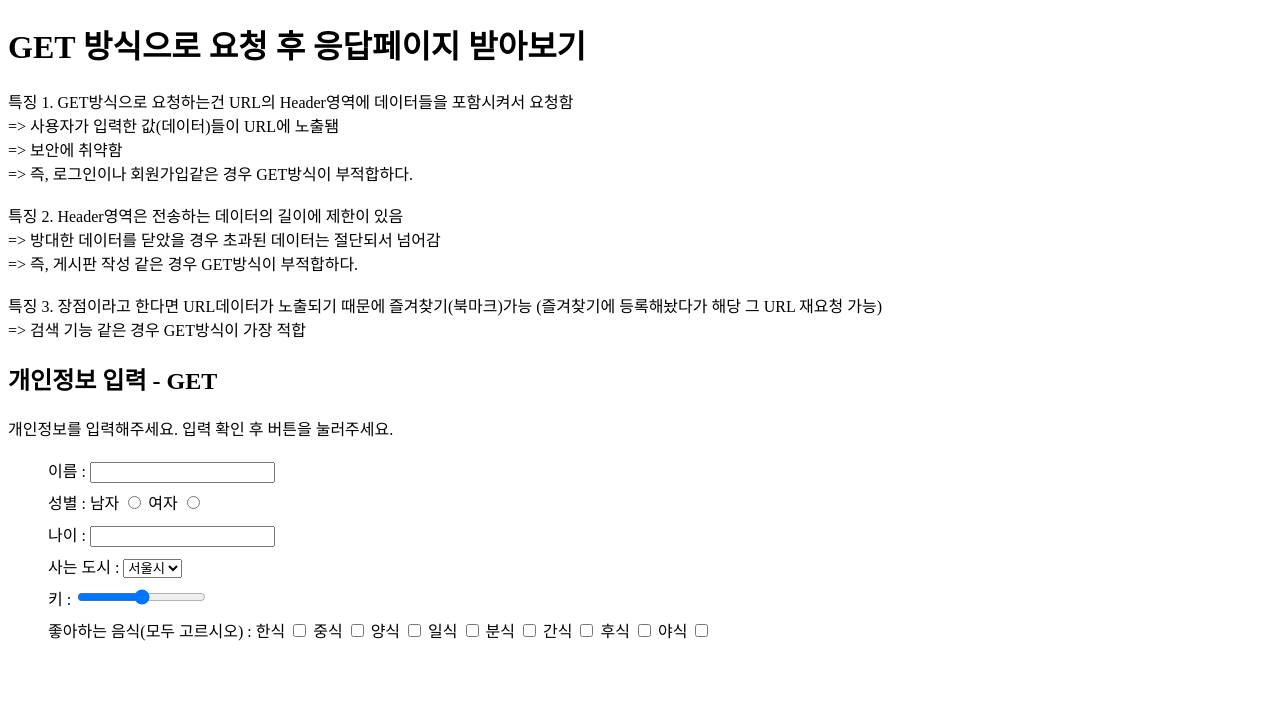
Repository: DonghwanSon1/StudyAndSubwayStore
Page: 1_Servlet/WebContent/view/requestTest_Get.html
An editor plug-in stored every save of this project. The page is shown before and after the next save, followed by the edit.
The browser window is 1280 px wide. The pictures show the whole page.

Above is the page before, as saved 2022-05-31 05:30:48.

### 1_Servlet/WebContent/view/requestTest_Get.html
<!DOCTYPE html>
<html>
<head>
<meta charset="UTF-8">
<title>GET 테스트</title>
<style>
	ul{
		list-style : none;
		line-height : 200%;
	}
</style>
</head>
<body>

	<h1>GET 방식으로 요청 후 응답페이지 받아보기</h1>

	<p>
		특징 1. GET방식으로 요청하는건 URL의 Header영역에 데이터들을 포함시켜서 요청함 <br>
		=> 사용자가 입력한 값(데이터)들이 URL에 노출됌 <br>
		=> 보안에 취약함 <br>
		=> 즉, 로그인이나 회원가입같은 경우 GET방식이 부적합하다. <br><br>

		특징 2. Header영역은 전송하는 데이터의 길이에 제한이 있음 <br>
		=> 방대한 데이터를 닫았을 경우 초과된 데이터는 절단되서 넘어감 <br>
		=> 즉, 게시판 작성 같은 경우 GET방식이 부적합하다. <br><br>

		특징 3. 장점이라고 한다면 URL데이터가 노출되기 때문에
		즐겨찾기(북마크)가능 (즐겨찾기에 등록해놨다가 해당 그 URL 재요청 가능) <br>
		=> 검색 기능 같은 경우 GET방식이 가장 적합 <br>
	</p>

	<h2>개인정보 입력 - GET</h2>
	<p>개인정보를 입력해주세요. 입력 확인 후 버튼을 눌러주세요.</p>


	<!--
		form 태그 내의 제출 버튼(submit) 클릭 시
		form 태그의 속성 중 action에 작성된 URL로 요청됌(제출)
		즉, Controller(Servlet)를 호출한다고 생각하면 된다.
	 -->
	<form action="" method="get">
		<ul>
			<li>
				이름 : <input type="text" name="name">
			</li>
			<li>
				성별 :
				남자 <input type="radio" value="M" name="gender">
				여자 <input type="radio" value="F" name="gender">
			</li>
			<li>
				나이 : <input type="number" name="age">
			</li>
			<li>
				사는 도시 :
				<select>
					<option>서울시</option>
					<option>경기도</option>
					<option>강원도</option>
					<option>충청도</option>
					<option>전라도</option>
					<option>경상도</option>
					<option>제주도</option>
				</select>
			</li>
			<li>
				키 : <input type="range" min="140" max="200" name="height">
			</li>
			<li>
				좋아하는 음식(모두 고르시오) :
				한식 <input type="checkbox" name="food" value="한식">
				중식 <input type="checkbox" name="food" value="중식">
				양식 <input type="checkbox" name="food" value="양식">
				일식 <input type="checkbox" name="food" value="일식">
				분식 <input type="checkbox" name="food" value="분식">
				간식 <input type="checkbox" name="food" value="간식">
				후식 <input type="checkbox" name="food" value="후식">
				야식 <input type="checkbox" name="food" value="야식">
			</li>
		</ul>
	</form>





























</body>
</html>

After the next save:
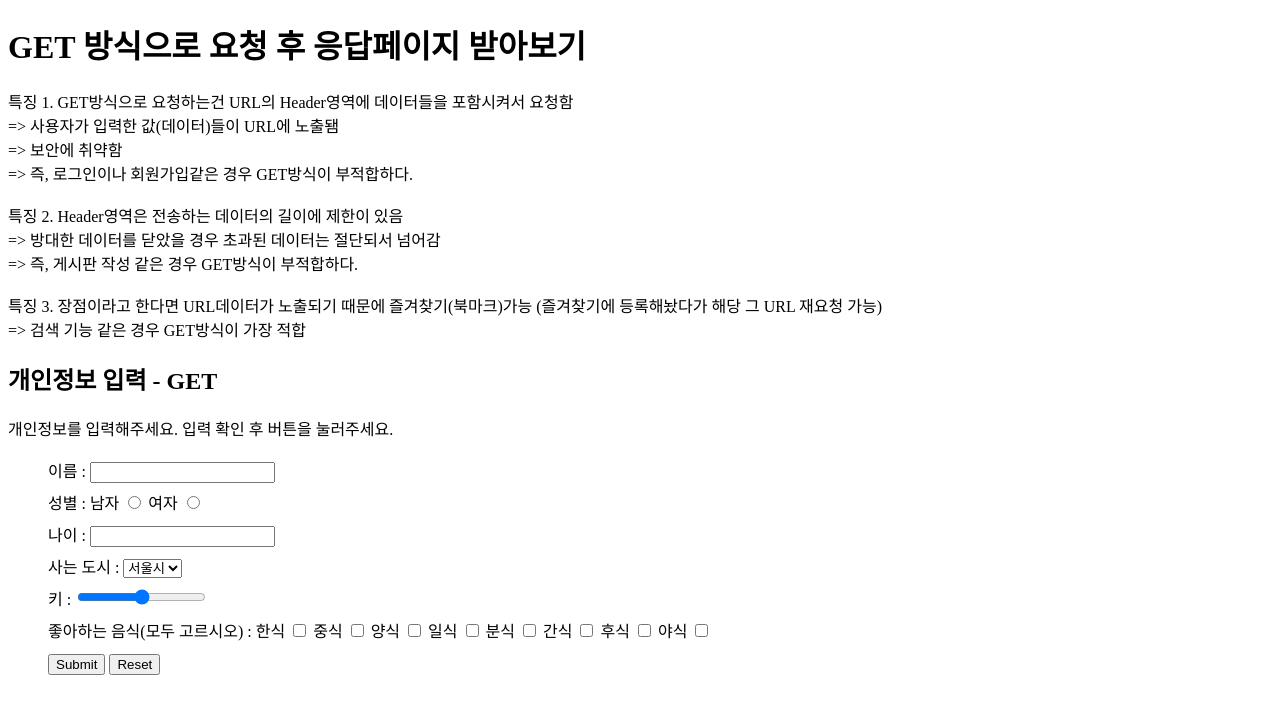
Saved 100 s later.
--- a/1_Servlet/WebContent/view/requestTest_Get.html
+++ b/1_Servlet/WebContent/view/requestTest_Get.html
@@ -77,6 +77,9 @@
 				후식 <input type="checkbox" name="food" value="후식">
 				야식 <input type="checkbox" name="food" value="야식">
 			</li>
+			<input type="submit">
+			<input type="reset">
+
 		</ul>
 	</form>
 
